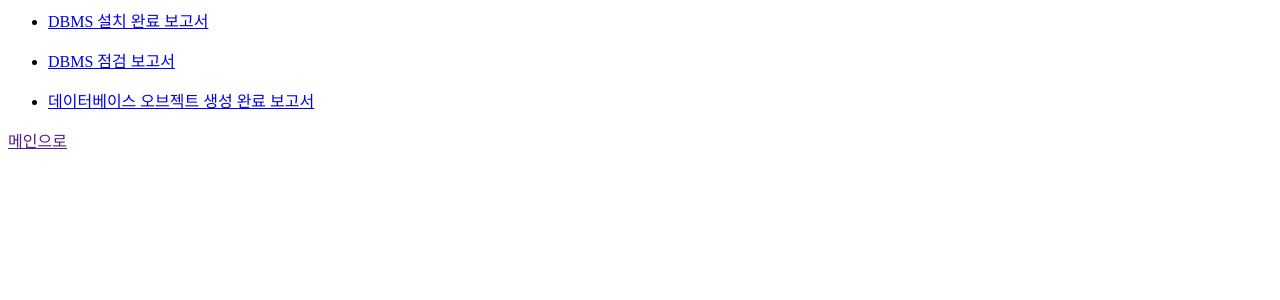
Repository: hololollo/database
Page: http://localhost/test01/menu.jsp
The author's editor kept a copy of each file at every save. The page is drawn from the files as they stood at one save, then again after the next save.
The browser window is 1280 px wide. The pictures show the whole page.
The page is served by Tomcat 9.

Above is the page before, as saved 2024-03-29 07:21:15.

After the next save:
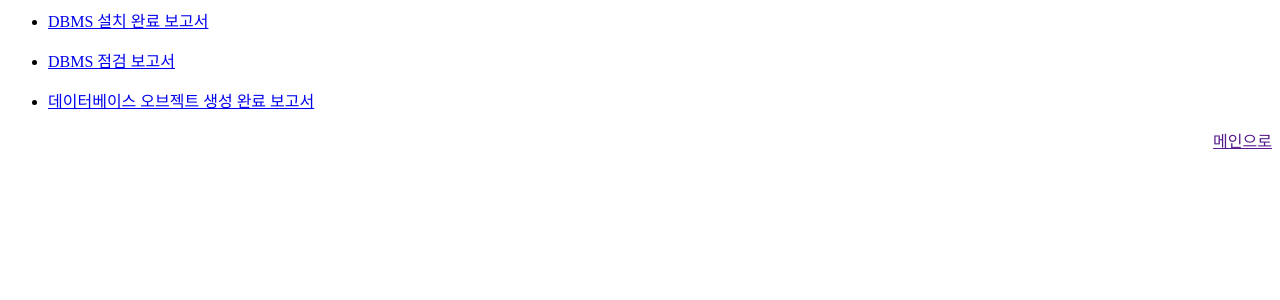
Saved 2 min 14 s later.
--- a/test01/WebContent/menu.jsp
+++ b/test01/WebContent/menu.jsp
@@ -11,6 +11,6 @@
 		<li><a href="report3.html">데이터베이스 오브젝트 생성 완료 보고서</a></li>
 	</ul>
 </nav>
-<nav id="tnb">
+<nav id="tnb" style="float:right;">
 	<a href=""index.jsp">메인으로</a>
 </nav>
